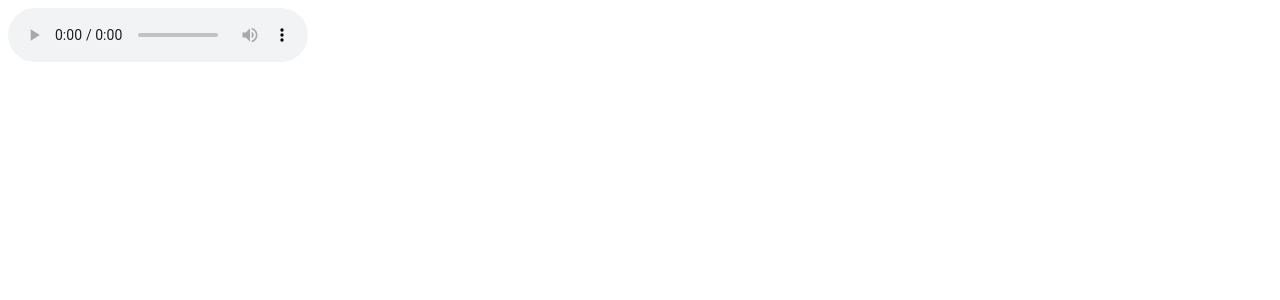
Repository: zhaojunyan9528/music-scroll
Page: index.html
The author's editor kept a copy of each file at every save. The page is drawn from the files as they stood at one save, then again after the next save.
The browser window is 1280 px wide. The pictures show the whole page.

Above is the page before, as saved 2023-11-23 13:33:48.

After the next save:
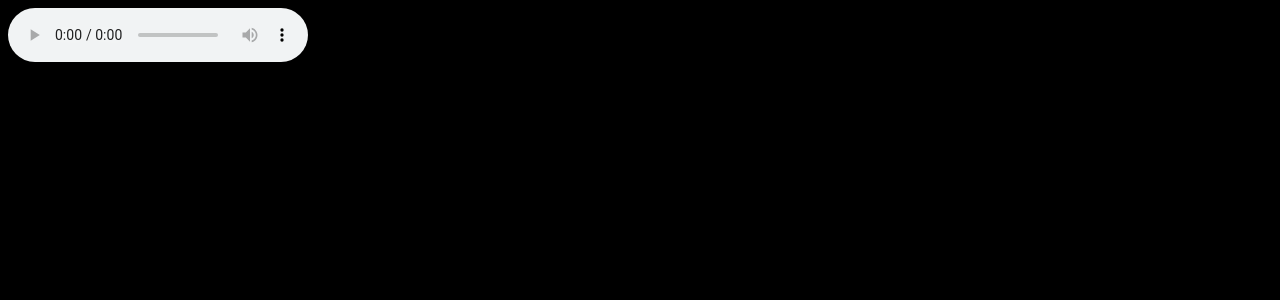
Saved 4 s later.
--- a/index.html
+++ b/index.html
@@ -4,6 +4,7 @@
   <meta charset="UTF-8">
   <meta name="viewport" content="width=device-width, initial-scale=1.0">
   <title>Music</title>
+  <link rel="stylesheet" href="./css/index.css">
 </head>
 <body>
   <audio src="./assets/music.mp3" controls></audio>
